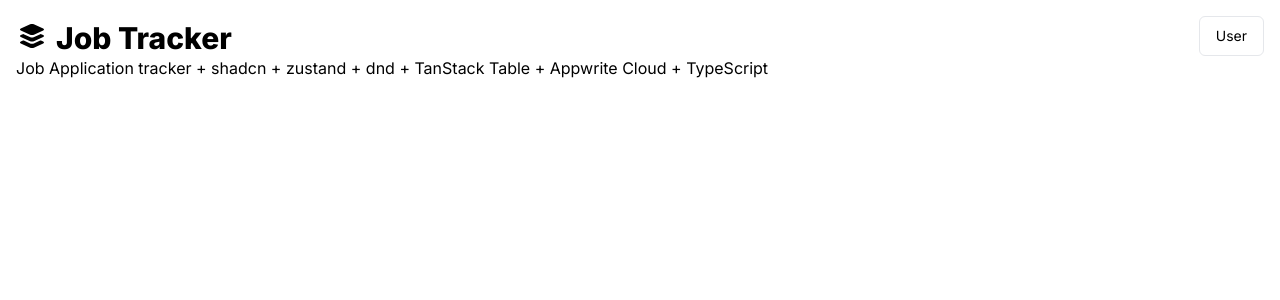
Repository: Vasil1001/job-applications-tracker-nextjs
Page: /
An editor plug-in stored every save of this project. The page is shown before and after the next save, followed by the edit.
The browser window is 1280 px wide. The pictures show the whole page.
The project was rebuilt for these pictures with package versions that can differ from the ones it lists, and the page was loaded fresh each time. The framework's server and built-in components were replaced by stand-ins that run in the browser. Also part of the build but not shown: next.config.js.

Above is the page before, as saved 2023-06-24 16:11:19.

After the next save:
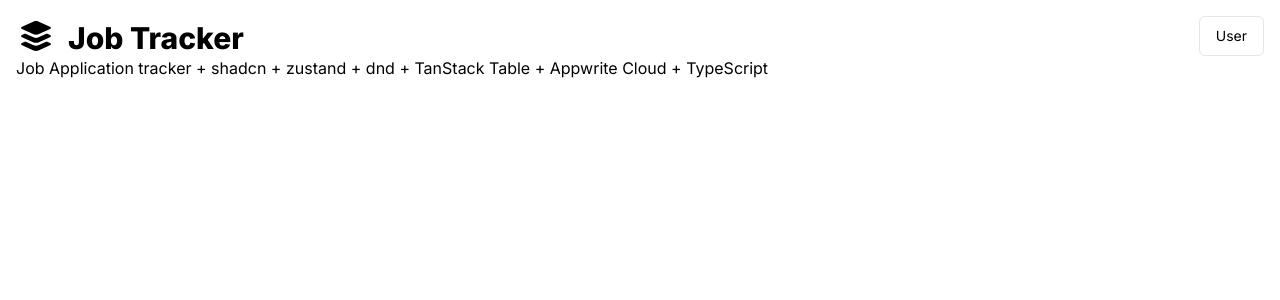
Saved 5 s later.
--- a/components/Header.tsx
+++ b/components/Header.tsx
@@ -18,7 +18,7 @@ export default function Header() {
           className="w-44 md:w-56 pb-10 md:pb-0 object-contain"
         /> */}
         <div className="flex items-end font-extrabold text-3xl">
-          <IoIosApps size={40} className="pr-2"/>
+          <IoIosApps size={40} className="mr-3"/>
           Job Tracker
         </div>
         <div className="flex gap-2.5">
